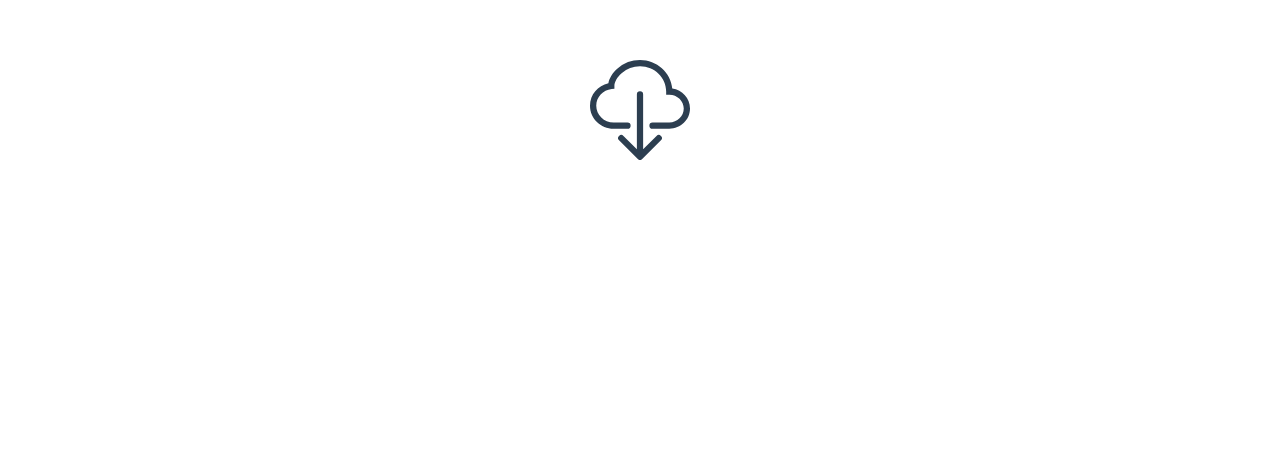
Repository: krinteron/user-cards-vue-typescript
Page: /
These files come from the project's save history. The page is drawn as it stood at one moment and after the next save; the edit follows.
The browser window is 1280 px wide. The pictures show the whole page.
The project was rebuilt for these pictures with package versions that can differ from the ones it lists, and the page was loaded fresh each time. Also part of the build but not shown: src/components/Card.vue, src/components/Input.vue, src/components/Modal.vue.

Above is the page before, as saved 2022-03-26 05:04:18.

After the next save:
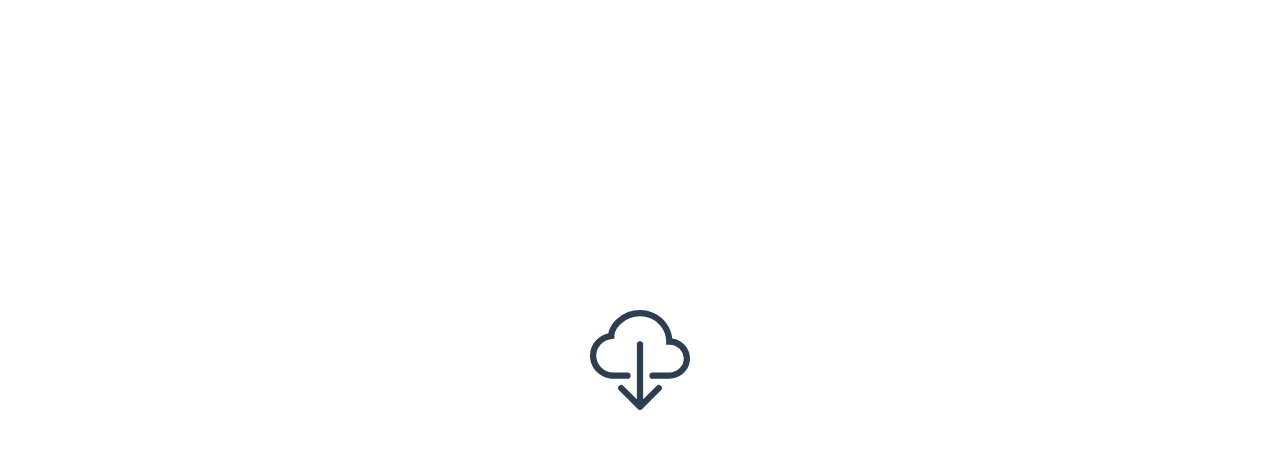
Saved 29 s later.
--- a/src/components/Navbar.vue
+++ b/src/components/Navbar.vue
@@ -1,6 +1,6 @@
 <template>
   <nav class="nav">
-    <svg xmlns="http://www.w3.org/2000/svg" width="100" height="100" fill="currentColor" class="bi bi-cloud-download" viewBox="0 0 16 16">
+    <svg xmlns="http://www.w3.org/2000/svg" width="100" height="600" fill="currentColor" class="bi bi-cloud-download" viewBox="0 0 16 16">
       <path d="M4.406 1.342A5.53 5.53 0 0 1 8 0c2.69 0 4.923 2 5.166 4.579C14.758 4.804 16 6.137 16 7.773 16 9.569 14.502 11 12.687 11H10a.5.5 0 0 1 0-1h2.688C13.979 10 15 8.988 15 7.773c0-1.216-1.02-2.228-2.313-2.228h-.5v-.5C12.188 2.825 10.328 1 8 1a4.53 4.53 0 0 0-2.941 1.1c-.757.652-1.153 1.438-1.153 2.055v.448l-.445.049C2.064 4.805 1 5.952 1 7.318 1 8.785 2.23 10 3.781 10H6a.5.5 0 0 1 0 1H3.781C1.708 11 0 9.366 0 7.318c0-1.763 1.266-3.223 2.942-3.593.143-.863.698-1.723 1.464-2.383z"/>
       <path d="M7.646 15.854a.5.5 0 0 0 .708 0l3-3a.5.5 0 0 0-.708-.708L8.5 14.293V5.5a.5.5 0 0 0-1 0v8.793l-2.146-2.147a.5.5 0 0 0-.708.708l3 3z"/>
     </svg>
